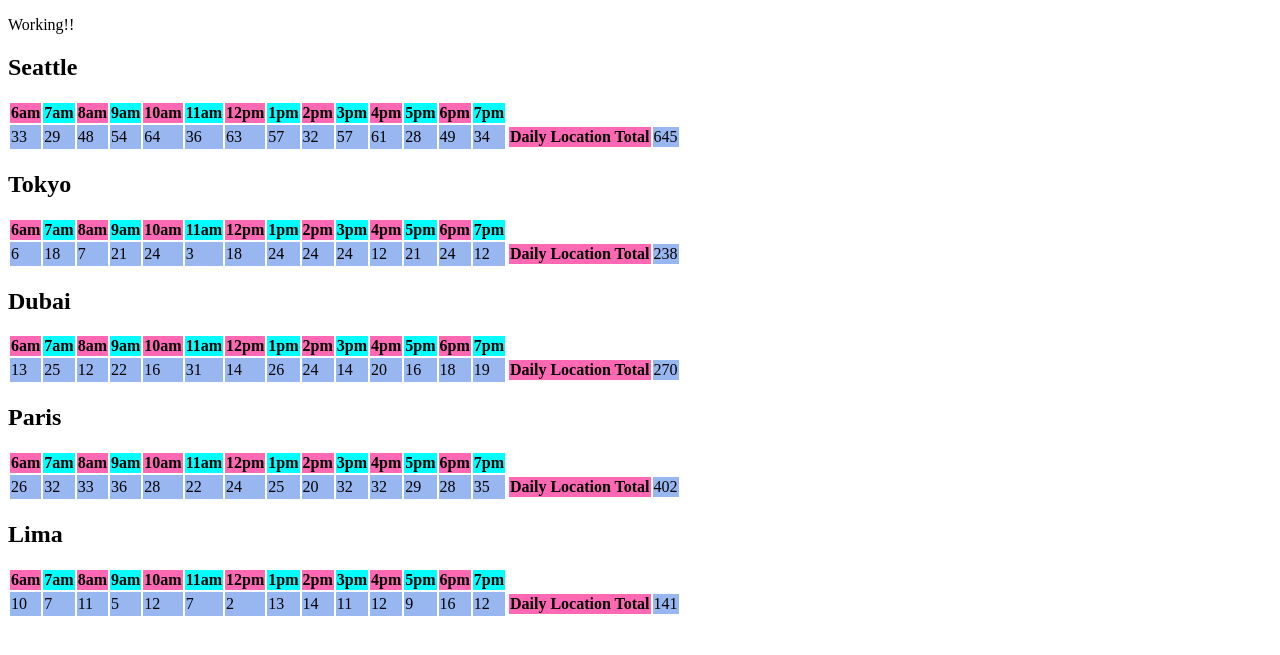
Repository: aaron1986/cookie_stand
Page: sales.html
An editor plug-in stored every save of this project. The page is shown before and after the next save, followed by the edit.
The browser window is 1280 px wide. The pictures show the whole page.

Above is the page before, as saved 2023-09-26 15:25:56.

### sales.html
<!DOCTYPE html>
<html lang="en">
<head>
    <meta charset="UTF-8">
    <meta name="viewport" content="width=device-width, initial-scale=1.0">
    <link rel="stylesheet" href="style.css">
    <script src="./app.js" defer></script>
    <title>Document</title>
</head>
<body>

    <p>Working!!</p>

    <div id="shop-location">


    </div>


</body>
</html>

### style.css
th:nth-child(even) {
    background-color: aqua;
}

th:nth-child(odd) {
    background-color: hotpink;
}

td {
    background-color: rgb(152, 183, 240);
}

### app.js
const Hours = ['6am', '7am', '8am', '9am', '10am', '11am', '12pm', '1pm', '2pm', '3pm', '4pm', '5pm', '6pm', '7pm'];

function randonNumber(min, max) {
    return Math.floor(Math.random() * (max - min + 1)) + min;
}

function ShopLocation(location, min, max, avg) {
    this.location = location;
    this.min = min;
    this.max = max;
    this.avg = avg;
    this.customersPerHour = [];
    this.cookiesPerHour = [];
    this.totalSold = 0;


    this.calcTotal = function() {
        for(let i = 0; i < Hours.length; i++) {
            const randNum = randonNumber(this.min, this.max);
                this.customersPerHour.push(randNum);
                this.cookiesPerHour.push(randNum * this.avg);
        }
    };

}

const shopLocationSeattle = new ShopLocation ("Seattle", 23, 65, 6.3);

const shopLocationTokyo = new ShopLocation("Tokyo", 3, 24, 1.2);

const shopLocationDubai = new ShopLocation("Dubai",11,38,3.7);

const shopLocationParis = new ShopLocation("Paris",20,38,2.3);

const shopLocationLima = new ShopLocation("Lima",2,16,4,6);

shopLocationSeattle.calcTotal();
shopLocationTokyo.calcTotal();
shopLocationDubai.calcTotal();
shopLocationParis.calcTotal();
shopLocationLima.calcTotal();


const shopLocationHtml = document.getElementById("shop-location");

function createShopLocation(locationData) {
    const article = document.createElement("article");

    //Headers
    const h2 = document.createElement("h2");
    h2.textContent = locationData.location;
    article.appendChild(h2);


    //Table information
    const table = document.createElement("table");

    const thead = document.createElement("thead");
    const headerRow = document.createElement("tr");

    // Loop through the hours and create table headers
    for (let i = 0; i < locationData.customersPerHour.length; i++) {
        const th = document.createElement("th");
        th.textContent = `${Hours[i]}`;
        headerRow.appendChild(th);
    }

    thead.appendChild(headerRow);
    table.appendChild(thead);

    const tbody = document.createElement("tbody");
    const dataRow = document.createElement("tr");


    tbody.appendChild(dataRow);
    // Calculate the daily total for each hour
    const totalRow = document.createElement("tr");
    const totalCell = document.createElement("th");
    totalCell.textContent = "Daily Location Total";
    totalRow.appendChild(totalCell);


    let dailyTotal = 0;
    for(let i = 0; i < locationData.customersPerHour.length; i++) {
        dailyTotal += locationData.customersPerHour[i];
    }

    const td = document.createElement("td");
    td.textContent = `${dailyTotal}`;
    totalRow.appendChild(td);
    //console.log(dailytotal);

    // Loop through the customersPerHour
    for (let i = 0; i < locationData.customersPerHour.length; i++) {
        const td = document.createElement("td");
        td.textContent = `${locationData.customersPerHour[i]}`;
        dataRow.appendChild(td);
    }









    dataRow.appendChild(totalRow);
    table.appendChild(tbody);
    article.appendChild(table);
    shopLocationHtml.appendChild(article);
}

createShopLocation(shopLocationSeattle);
createShopLocation(shopLocationTokyo);
createShopLocation(shopLocationDubai);
createShopLocation(shopLocationParis);
createShopLocation(shopLocationLima);

After the next save:
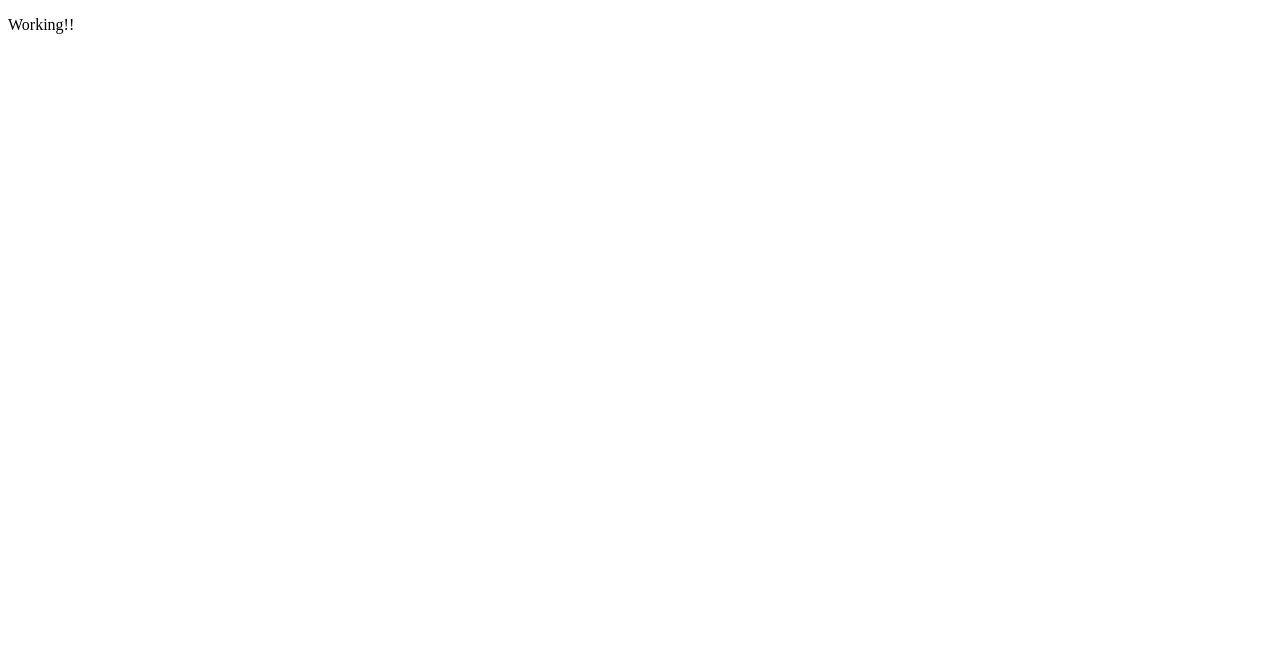
Console error: ReferenceError: Cannot access 'tbody' before initialization
Saved 22 s later.
--- a/app.js
+++ b/app.js
@@ -64,31 +64,28 @@
         th.textContent = `${Hours[i]}`;
         headerRow.appendChild(th);
     }
+    tbody.appendChild(dataRow);
+        // Calculate the daily total for each hour
+        const totalRow = document.createElement("tr");
+        const totalCell = document.createElement("th");
+        totalCell.textContent = "Daily Location Total";
+        totalRow.appendChild(totalCell);
 
+
+        let dailyTotal = 0;
+        for(let i = 0; i < locationData.customersPerHour.length; i++) {
+            dailyTotal += locationData.customersPerHour[i];
+        }
+
+        const td = document.createElement("td");
+        td.textContent = `${dailyTotal}`;
+        totalRow.appendChild(td);
+        //console.log(dailytotal);
     thead.appendChild(headerRow);
     table.appendChild(thead);
 
     const tbody = document.createElement("tbody");
     const dataRow = document.createElement("tr");
-
-
-    tbody.appendChild(dataRow);
-    // Calculate the daily total for each hour
-    const totalRow = document.createElement("tr");
-    const totalCell = document.createElement("th");
-    totalCell.textContent = "Daily Location Total";
-    totalRow.appendChild(totalCell);
-
-
-    let dailyTotal = 0;
-    for(let i = 0; i < locationData.customersPerHour.length; i++) {
-        dailyTotal += locationData.customersPerHour[i];
-    }
-
-    const td = document.createElement("td");
-    td.textContent = `${dailyTotal}`;
-    totalRow.appendChild(td);
-    //console.log(dailytotal);
 
     // Loop through the customersPerHour
     for (let i = 0; i < locationData.customersPerHour.length; i++) {

After the save that followed:
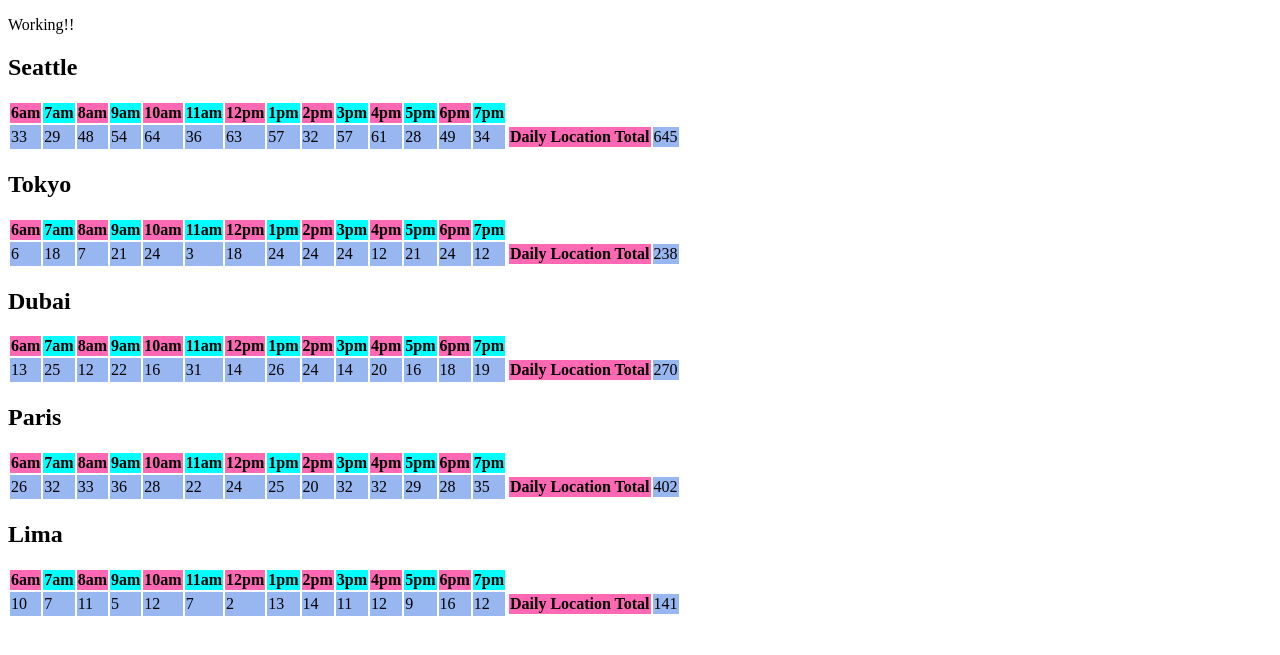
The error is gone.
Saved 19 s later.
--- a/app.js
+++ b/app.js
@@ -64,6 +64,22 @@
         th.textContent = `${Hours[i]}`;
         headerRow.appendChild(th);
     }
+
+    thead.appendChild(headerRow);
+    table.appendChild(thead);
+
+    const tbody = document.createElement("tbody");
+    const dataRow = document.createElement("tr");
+
+    // Loop through the customersPerHour
+    for (let i = 0; i < locationData.customersPerHour.length; i++) {
+        const td = document.createElement("td");
+        td.textContent = `${locationData.customersPerHour[i]}`;
+        dataRow.appendChild(td);
+    }
+
+
+
     tbody.appendChild(dataRow);
         // Calculate the daily total for each hour
         const totalRow = document.createElement("tr");
@@ -81,22 +97,6 @@
         td.textContent = `${dailyTotal}`;
         totalRow.appendChild(td);
         //console.log(dailytotal);
-    thead.appendChild(headerRow);
-    table.appendChild(thead);
-
-    const tbody = document.createElement("tbody");
-    const dataRow = document.createElement("tr");
-
-    // Loop through the customersPerHour
-    for (let i = 0; i < locationData.customersPerHour.length; i++) {
-        const td = document.createElement("td");
-        td.textContent = `${locationData.customersPerHour[i]}`;
-        dataRow.appendChild(td);
-    }
-
-
-
-
 
 
 
